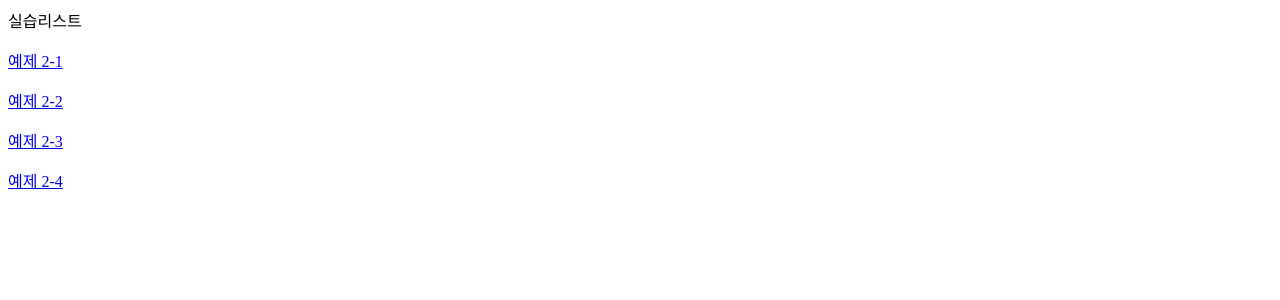
Repository: HyeongWook22/JSP
Page: http://localhost/jspbook/
These files come from the project's save history. The page is drawn as it stood at one moment and after the next save; the edit follows.
The browser window is 1280 px wide. The pictures show the whole page.
The page is served by Tomcat 10. Nobody is signed in. The application's start-up code is not run. Other server files are loaded and not shown.

Above is the page before, as saved 2024-10-08 01:26:47.

### jspbook/src/main/webapp/index.jsp
<%@ page language="java" contentType="text/html; charset=UTF-8"
    pageEncoding="UTF-8"%>
<!DOCTYPE html>
<html>
<head>
<meta charset="UTF-8">
<title>Insert title here</title>
</head>
<body>
	실습리스트
	<p><a href = "2_1">예제 2-1</a></p>
	<p><a href = "2_2">예제 2-2</a></p>
	<p><a href = "2_3">예제 2-3</a></p>
	<p><a href = "2_4">예제 2-4</a></p>
</body>
</html>

After the next save:
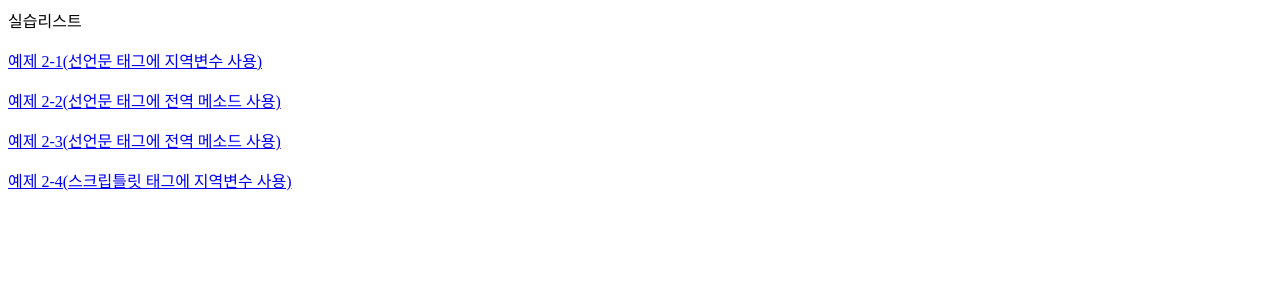
Saved 85 s later.
--- a/jspbook/src/main/webapp/index.jsp
+++ b/jspbook/src/main/webapp/index.jsp
@@ -8,9 +8,9 @@
 </head>
 <body>
 	실습리스트
-	<p><a href = "2_1">예제 2-1</a></p>
-	<p><a href = "2_2">예제 2-2</a></p>
-	<p><a href = "2_3">예제 2-3</a></p>
-	<p><a href = "2_4">예제 2-4</a></p>
+	<p><a href = "2_1">예제 2-1(선언문 태그에 지역변수 사용)</a></p>
+	<p><a href = "2_2">예제 2-2(선언문 태그에 전역 메소드 사용)</a></p>
+	<p><a href = "2_3">예제 2-3(선언문 태그에 전역 메소드 사용)</a></p>
+	<p><a href = "2_4">예제 2-4(스크립틀릿 태그에 지역변수 사용)</a></p>
 </body>
 </html>
